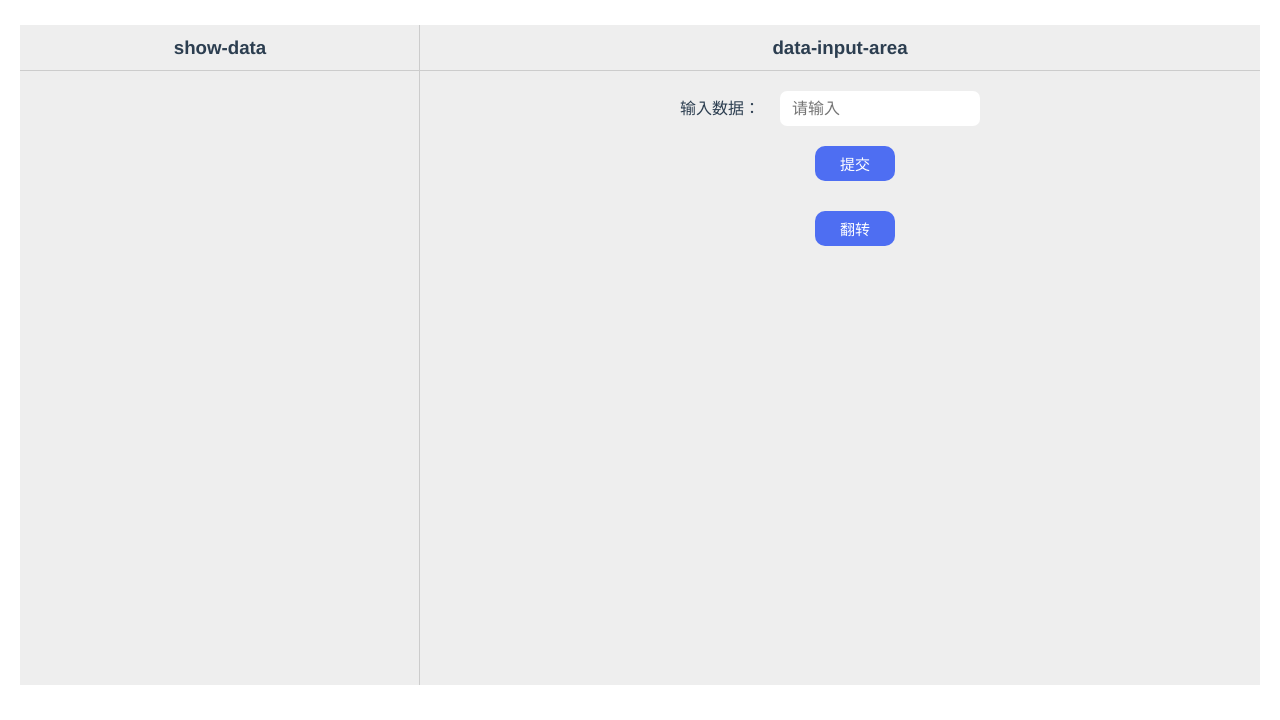
Repository: z-xy-git/demofirst
Page: /home/reverseShowData
The author's editor kept a copy of each file at every save. The page is drawn from the files as they stood at one save, then again after the next save.
The browser window is 1280 px wide. The pictures show the whole page.
The first visible `.input-style` has the focus.
The project was rebuilt for these pictures with package versions that can differ from the ones it lists, and the page was loaded fresh each time.

Above is the page before, as saved 2021-03-01 15:45:39.

After the next save:
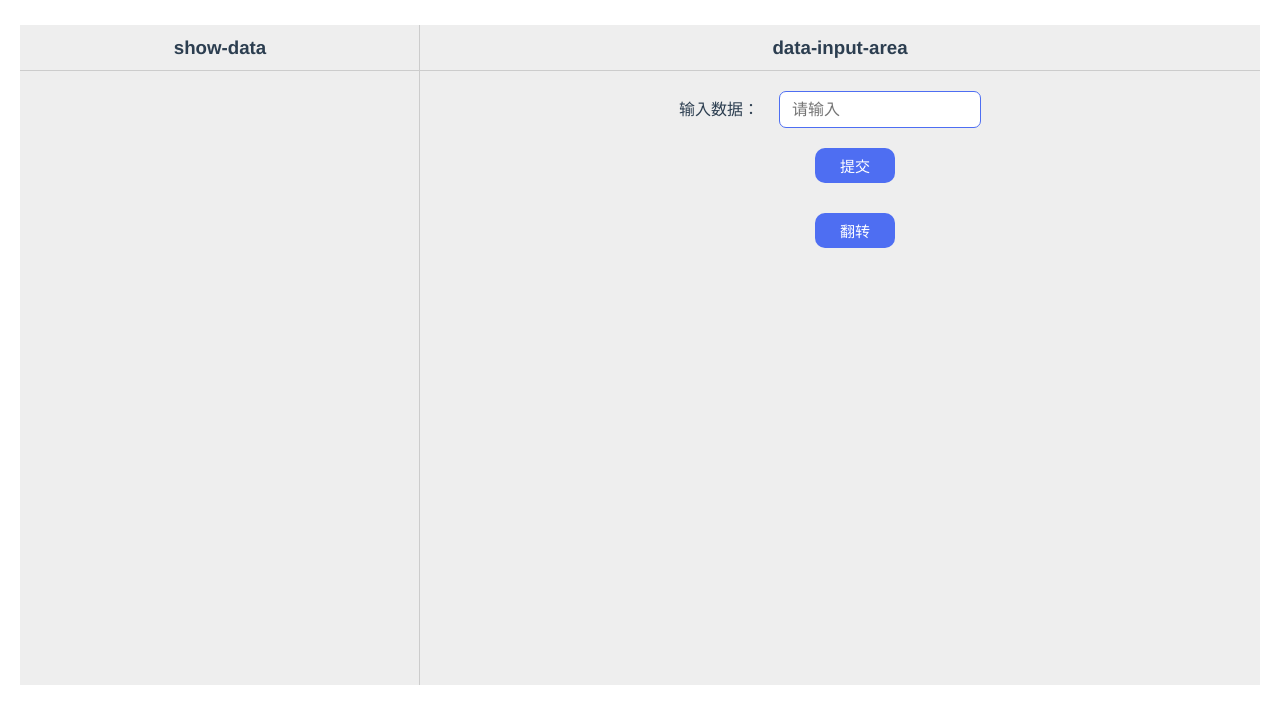
Saved 54 s later.
--- a/src/views/Home.vue
+++ b/src/views/Home.vue
@@ -101,6 +101,9 @@ export default {
     font-size: 16px;
     text-indent: 12px;
   }
+  .input-style:focus{
+    border: 1px solid #4e6ef2;
+  }
   .btn-style{
     margin: 0 0 30px 30px;
     outline: none;
